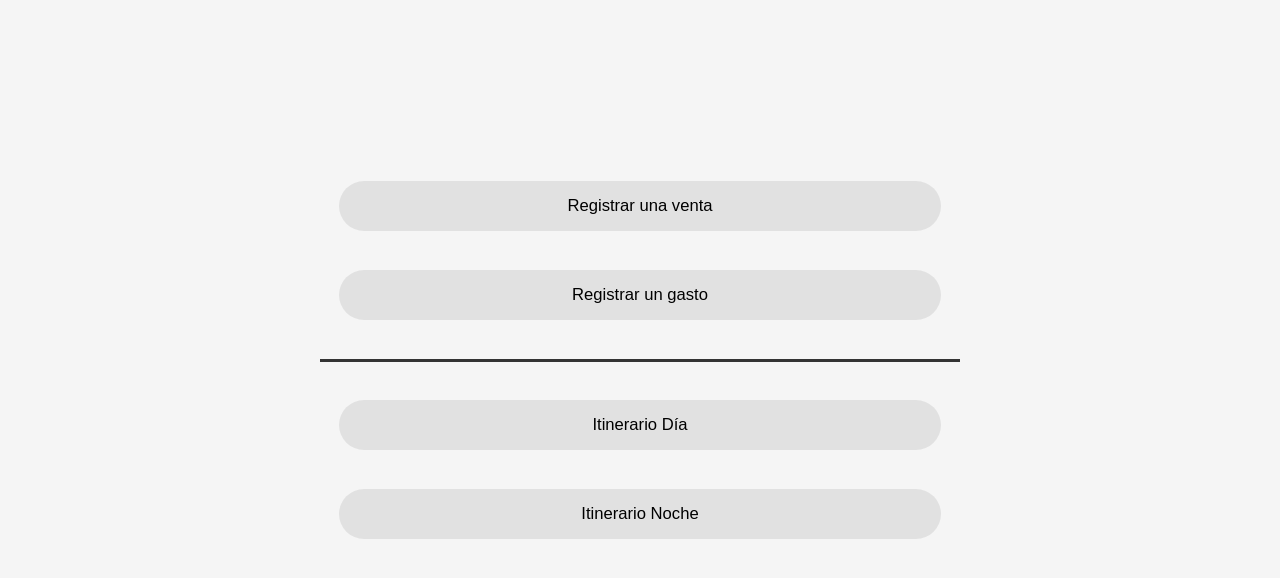
Repository: aCoupon0/intranet
Page: index.html
The author's editor kept a copy of each file at every save. The page is drawn from the files as they stood at one save, then again after the next save.
The browser window is 1280 px wide. The pictures show the whole page.

Above is the page before, as saved 2024-11-29 11:48:44.

### index.html
<!DOCTYPE html>
<html lang="es">
<head>
    <meta charset="UTF-8">
    <meta name="viewport" content="width=device-width, initial-scale=1.0">
    <title>Hola Mundo</title>
    <link rel="stylesheet" href="main.css">
</head>
<body>
    <button class="venta">Registrar una venta</button>
    <button class="venta">Registrar un gasto</button>
    <div class="separador"></div>
    <button class="venta">Itinerario Día</button>
    <button class="venta">Itinerario Noche</button>
</body>
</html>

### main.css
/* main.css */
body {
    font-family: 'Roboto', system-ui, -apple-system, BlinkMacSystemFont, 'Segoe UI', sans-serif;
    margin: 0;
    padding: 0;
    display: flex;
    justify-content: center;
    align-items: center;
    height: 100vh;
    flex-direction: column;
    background-color: #f5f5f5;
    color: #333;
    gap: 3vw;
}
h1 {
    font-size: 2rem;
}

button {
    width: 47%;
    height: 7vh;
    background-color: rgba(0, 0, 0, 0.082);
    border: none;
    border-radius: 10vw;
    font-size: 1.3vw;
}

button:hover {
    background-color: rgba(0, 0, 0, 0.48);
    color: white;
}

.separador {
    width: 50%;
    height: 3px;
    background-color: #333;
    border: 5vw;
}

After the next save:
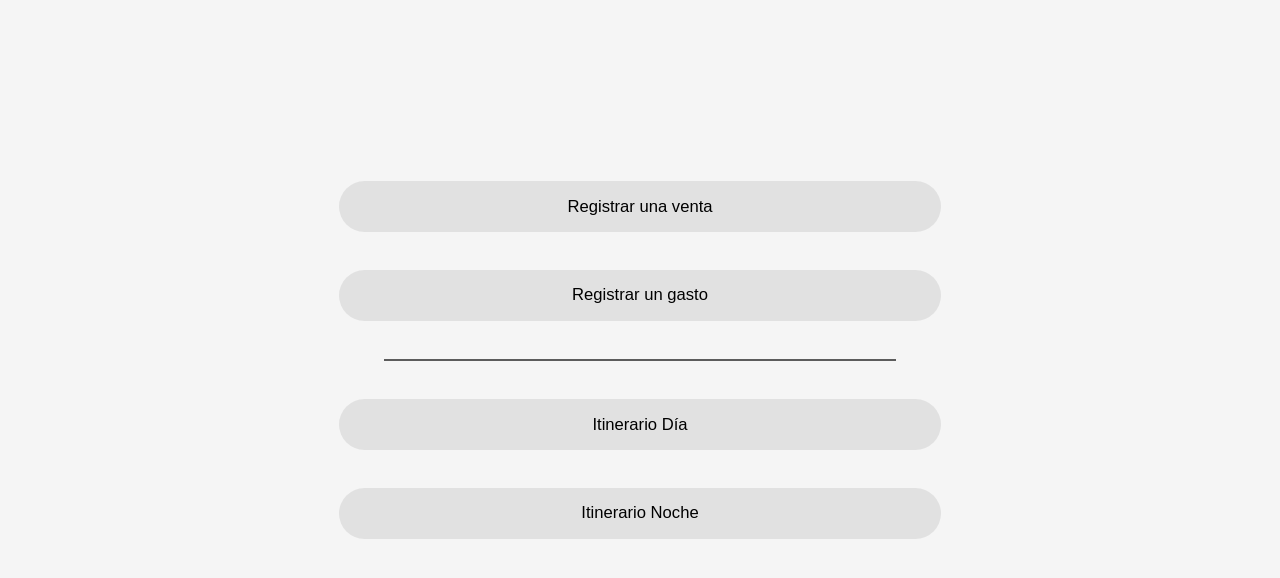
Saved 15 s later.
--- a/main.css
+++ b/main.css
@@ -31,8 +31,8 @@
 }
 
 .separador {
-    width: 50%;
-    height: 3px;
-    background-color: #333;
+    width: 40%;
+    height: 2px;
+    background-color: #5c5c5c;
     border: 5vw;
 }
